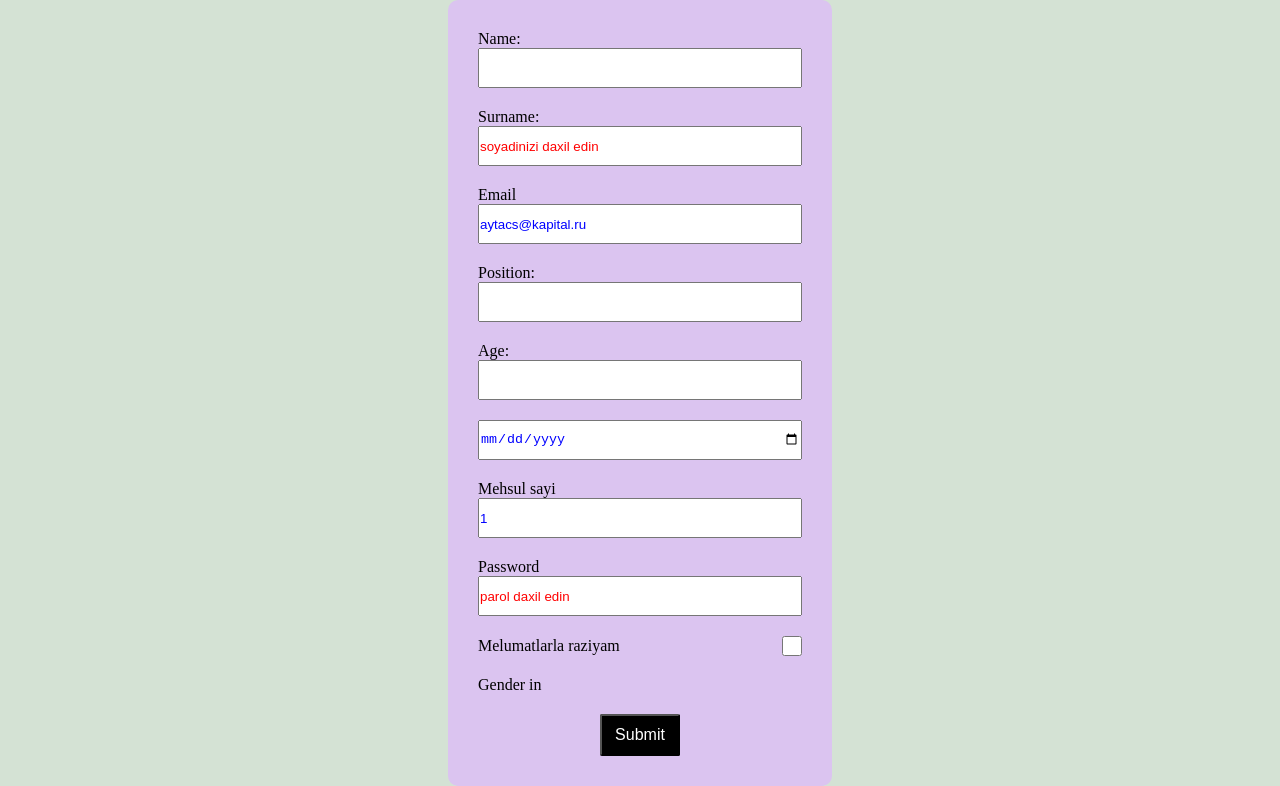
Repository: AytacSafarova/Form-lesson
Page: index.html
These files come from the project's save history. The page is drawn as it stood at one moment and after a run of saves; the edit follows.
The browser window is 1280 px wide. The pictures show the whole page.

Above is the page before, as saved 2023-08-29 14:54:17.

### index.html
<!DOCTYPE html>
<html lang="en">
  <head>
    <meta charset="UTF-8" />
    <meta name="viewport" content="width=device-width, initial-scale=1.0" />
    <title>Document</title>
    <link rel="stylesheet" href="./index.css" />
  </head>
  <body>
    <div>
      <form action="">
        <label for="">
          Name:
          <input type="text" name="user-name" required/>
        </label>
        <label for="">
          Surname:
          <input placeholder="soyadinizi daxil edin" type="text" required />
        </label>
        <label for="">
          Email
          <input
            placeholder="emaili daxil edin"
            type="email"
            value="aytacs@kapital.ru"
          />
        </label>
        <label for="">
          Position:
          <input type="text" />
        </label>
        <label for="">
          Age:
          <input type="number" />
        </label>
        <label for="">
          <input type="date" />
        </label>
        <label for="">
          Mehsul sayi
          <input
            placeholder="mehsul sayini daxil edin"
            type="number"
            value="1"
          />
        </label>

        <label for="">
          Password
          <input placeholder="parol daxil edin" type="password" />
        </label>
        <label for="" class="input-checkbox">
            Melumatlarla raziyam
            <input type="checkbox">
        </label>
        <label for="">Gender
            in
        </label>
        <button type="submit">Submit</button>
      </form>
    </div>
  </body>
  <script src="index.js"></script>
</html>

### index.css
*{
    margin: 0;
    padding: 0;
    box-sizing: border-box;
}
div{
    background-color: #D4E2D4;
   min-height: 100vh;
   width: 100%;
   display: flex;
   justify-content: center;
   align-items: center;
}
form{
    width: 30%;
    padding: 30px;
    background-color: #DBC4F0;
    border-radius: 10px;
    display: flex;
    flex-direction: column;
    gap: 20px;
}
input{
width: 100%;
height: 40px;
color: blue;
}

input::placeholder{
    color: red;
}

.input-checkbox{
    display: flex;
    align-items: center;
    justify-content: space-between;
}
.input-checkbox input{
    width: 20px;
    height: 20px;
}
button{
  padding: 10px;
  width: 80px;
  margin: auto;
  background-color: black;
  color: white;
  font-size: 16px;
  border-radius: 2px;

}

### index.js
document.querySelector('form').addEventListener('submit',(e)=>{
e.preventDefault()
})

After the next 4 saves:
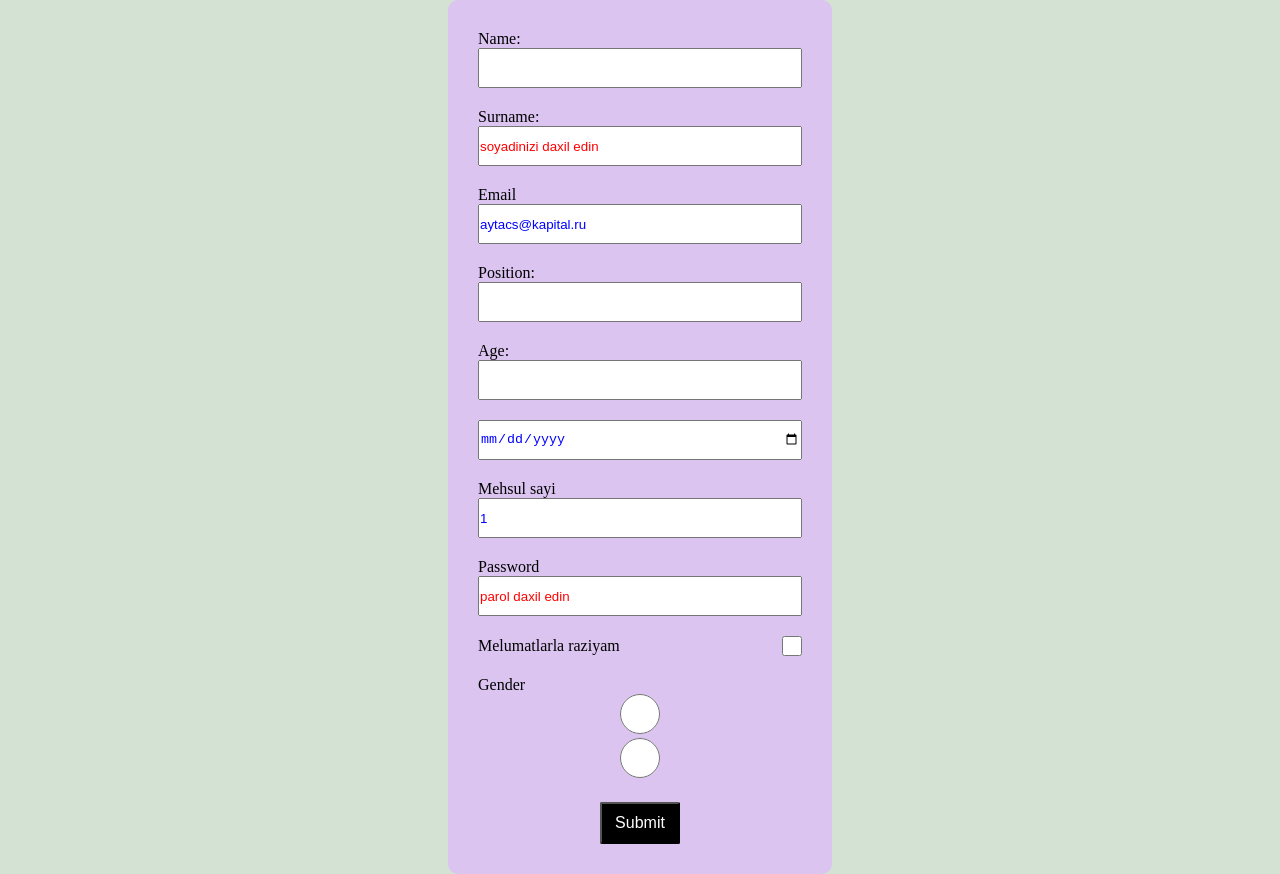
The 4 saves are shown as one change because they came seconds apart.
The last was saved 10 s later.
--- a/index.html
+++ b/index.html
@@ -54,7 +54,8 @@
             <input type="checkbox">
         </label>
         <label for="">Gender
-            in
+            <input type="radio">
+            <input type="radio">
         </label>
         <button type="submit">Submit</button>
       </form>
